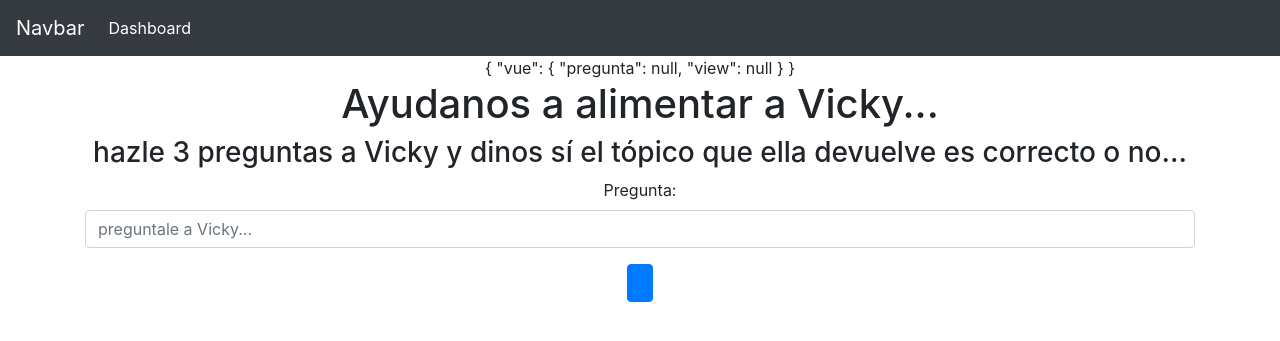
Repository: Crixtiancub/feedback_Vicky
Page: http://localhost/
The author's editor kept a copy of each file at every save. The page is drawn from the files as they stood at one save, then again after the next save.
The browser window is 1280 px wide. The pictures show the whole page.
The page is served by the project's application, run on Django 3.2 (manage.py).

Above is the page before, as saved 2021-05-11 10:28:32.

After the next save:
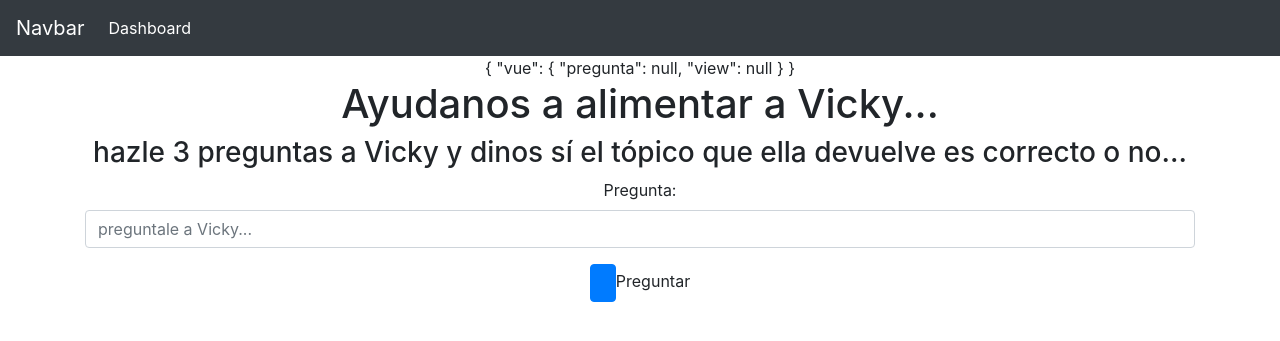
Saved 104 s later.
--- a/vicky/templates/dashboard.html
+++ b/vicky/templates/dashboard.html
@@ -23,7 +23,7 @@
             placeholder="preguntale a Vicky..." required>
         </div>
 
-        <input type="submit" id="preguntar" class="btn btn-primary" value="Preguntar" v-model="vue.view">
+        <input type="submit" id="preguntar" class="btn btn-primary" value="Preguntar" v-model="vue.view">Preguntar</input>
     </form>
 
     <br>
